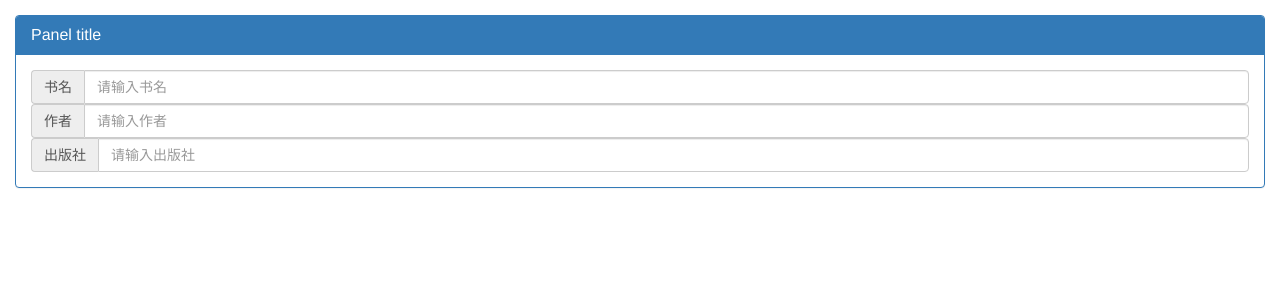
Repository: Bluesouls/eliauk.github.io
Page: Ajax学习笔记/day01/code/图书管理.html
The author's editor kept a copy of each file at every save. The page is drawn from the files as they stood at one save, then again after the next save.
The browser window is 1280 px wide. The pictures show the whole page.

Above is the page before, as saved 2022-04-24 16:57:39.
Console error (its wording comes from the project's code and is left out).

### Ajax学习笔记/day01/code/图书管理.html
<!DOCTYPE html>
<html lang="en">
<head>
  <meta charset="UTF-8">
  <meta http-equiv="X-UA-Compatible" content="IE=edge">
  <meta name="viewport" content="width=device-width, initial-scale=1.0">
  <link href="https://cdn.bootcss.com/bootstrap/3.3.7/css/bootstrap.css" rel="stylesheet">
  <script src="https://cdn.bootcss.com/bootstrap/3.3.7/js/bootstrap.js"></script>
  <title>图书管理</title>
</head>
<body style="padding:15px">

  <div class="panel panel-primary">
      <div class="panel-heading">
        <h3 class="panel-title">Panel title</h3>
      </div>
      <div class="panel-body">

        <div class="input-group">
          <div class="input-group-addon">书名</div>
          <input type="text" class="form-control" id="books" placeholder="请输入书名">
        </div>
        <div class="input-group">
          <div class="input-group-addon">作者</div>
          <input type="text" class="form-control" id="author" placeholder="请输入作者">
        </div>
        <div class="input-group">
          <div class="input-group-addon">出版社</div>
          <input type="text" class="form-control" id="publisher" placeholder="请输入出版社">
        </div>

      </div>
  </div>

</body>
</html>

After the next save:
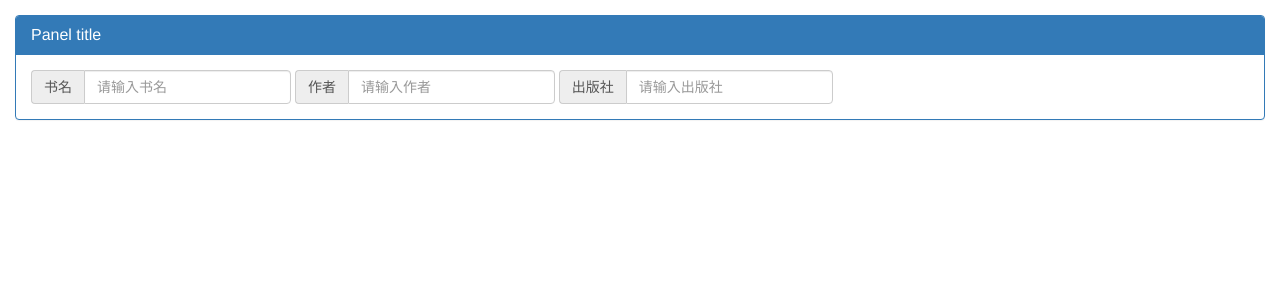
Saved 63 s later.
--- a/Ajax学习笔记/day01/code/图书管理.html
+++ b/Ajax学习笔记/day01/code/图书管理.html
@@ -15,19 +15,21 @@
         <h3 class="panel-title">Panel title</h3>
       </div>
       <div class="panel-body">
+        <form class="form-inline" method="get" action="">
+          <div class="input-group">
+            <div class="input-group-addon">书名</div>
+            <input type="text" class="form-control" id="books" placeholder="请输入书名">
+          </div>
+          <div class="input-group">
+            <div class="input-group-addon">作者</div>
+            <input type="text" class="form-control" id="author" placeholder="请输入作者">
+          </div>
+          <div class="input-group">
+            <div class="input-group-addon">出版社</div>
+            <input type="text" class="form-control" id="publisher" placeholder="请输入出版社">
+          </div>
+        </form>
 
-        <div class="input-group">
-          <div class="input-group-addon">书名</div>
-          <input type="text" class="form-control" id="books" placeholder="请输入书名">
-        </div>
-        <div class="input-group">
-          <div class="input-group-addon">作者</div>
-          <input type="text" class="form-control" id="author" placeholder="请输入作者">
-        </div>
-        <div class="input-group">
-          <div class="input-group-addon">出版社</div>
-          <input type="text" class="form-control" id="publisher" placeholder="请输入出版社">
-        </div>
 
       </div>
   </div>
